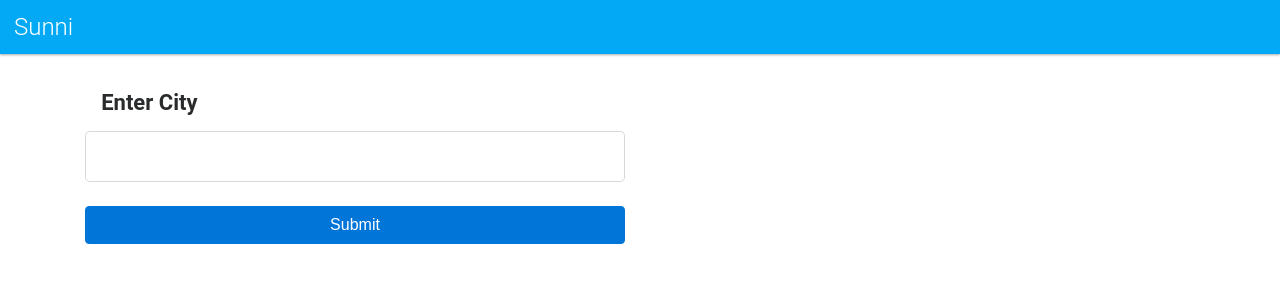
Repository: Oakga/Weather_app
Page: index.html
These files come from the project's save history. The page is drawn as it stood at one moment and after the next save; the edit follows.
The browser window is 1280 px wide. The pictures show the whole page.

Above is the page before, as saved 2017-09-22 05:28:04.

### index.html
<!DOCTYPE html>
<html>
<head>
    <meta charset="utf-8">
    <link rel="stylesheet" href="https://maxcdn.bootstrapcdn.com/bootstrap/4.0.0-alpha.6/css/bootstrap.min.css" integrity="sha384-rwoIResjU2yc3z8GV/NPeZWAv56rSmLldC3R/AZzGRnGxQQKnKkoFVhFQhNUwEyJ" crossorigin="anonymous">
    <!-- <link href='http://fonts.googleapis.com/css?family=Roboto:400,300,700' rel='stylesheet' type='text/css'> -->
    <link href="css/styles.css" rel="stylesheet" type="text/css">
    <script src="https://unpkg.com/axios/dist/axios.min.js"></script>
</head>
<body>
    <header>
        <h1>Sunni</h1>
    </header>
    <div class="container">
        <div class="row">
            <div class="col">
                <h2>Enter City</h2>
                <form id="location-form">
                    <input type="text" id="location-input" class="form-control form-control-lg "/>
                    <br>
                    <button type="submit" class="btn btn-primary btn-block">Submit</button>
                </form>
                <div id="formatted-address"></div>
                <div id="geometry-component"></div>
            </div>
            <div class="col">
            </div>
        </div>
    </div>
    <div class="container-fluid">
        <div id="weather-component"></div>
    </div>
    <script src="js/main.js"></script>
</body>
</html>

### css/styles.css
body {
    font-family: 'Roboto', 'Sans Serif';
    font-size: 16px;
    padding: 0;
    margin: 0;
}

header {
    background-color: #03A9F4;
    padding: 14px;
    box-shadow: 0 1px 3px rgba(0,0,0,0.12), 0 1px 2px rgba(0,0,0,0.24);
}

h1, h2, h3 {
    font-weight: 300;
}

header > h1 {
    font-weight: 300;
    font-size: 24px;
    margin: 0;
    color: #FFFFFF;
}

h2 {
    font-size: 22px;
    margin: 20px 0 0 0;
    padding: 3%;
    font-weight: bolder;
}

.table {
    border-radius: 5px;
    width: 50%;
    margin: 0px auto;
    float: none;
}

### js/main.js

let geoCode = (location) => {
    axios.get('https://maps.googleapis.com/maps/api/geocode/json',{
    params:{
        address: location,
        key: 'AIzaSyAkYBjwd7ygcP8GpAz47QsP3s3vaweLAE0'
    }
}).then(function(response){
    const formattedAddr = response.data.results[0].formatted_address;
    const formattedAddrOutput = `
            <ul class="list-group">
            <li class="list-group-item">
            ${formattedAddr}
            </li>
            </ul>
            `;
    let addressComponents = response.data.results[0].address_components;
    let lat = Math.round(response.data.results[0].geometry.location.lat*10000)/10000;
    let lng = Math.round(response.data.results[0].geometry.location.lng*10000)/10000;
    let geometryOutput = `
            <ul class="list-group">
            <li class="list-group-item">
            <strong>
            Latitude
            </strong>: ${lat}
            </li>
            <li class="list-group-item">
            <strong>
            Longitude
            </strong>: ${lng}
            </li>
            </ul>
            `;
    document.getElementById('formatted-address').innerHTML = formattedAddrOutput;
    document.getElementById('geometry-component').innerHTML = geometryOutput;

    darkSky(lat,lng);

})
.catch(function(error){
    const formattedAddrOutput = `
    <div class="alert alert-danger" role="alert">
    <strong>Unknown Location!</strong> Change a few things up and try submitting again.
    </div>
    `;
    document.getElementById('formatted-address').innerHTML = formattedAddrOutput;
})
};

let darkSky = (lat, lng, date = Date.now()) => {
    let apiCall = 'https://cors-anywhere.herokuapp.com/https://api.darksky.net/forecast/c84a2f187efcca194054935abae32b10/'+lat+','+lng;
    axios.get(apiCall,{
        params: {
            exclude: '[hourly,flags]',
            time: date
        }
    }).then(function(response){
        let weeklyReport = [];
        const months = ['Jan','Feb','Mar','Apr','May','Jun','Jul','Aug','Sep','Oct','Nov','Dec'];
        const days = ['Sun','Mon','Tue','Wed','Thur','Fri','Sat'];
        let year, month, day;
        const currentDate =  response.data.currently;
        const dailyDate = response.data.daily.data;
        for(let i=0;i<dailyDate.length;i++){
            var date = new Date(dailyDate[i].time*1000);
            year = date.getFullYear();
            month = months[date.getMonth()];
            day = days[date.getDay()];
            numDate = date.getDate();
            formattedTime = numDate + ' ' + month + ' ' + year;
            const dayReport = weeklyReport[i] = {
                Time: formattedTime,
                Humidity: dailyDate[i].humidity,
                Precipitation: dailyDate[i].precipProbability,
                Intensity: dailyDate[i].precipIntensity,
                Wind: dailyDate[i].windSpeed,
                MaxTemperature: dailyDate[i].temperatureMax,
                MinTemperature: dailyDate[i].temperatureMin,
            };
        };
        console.log(weeklyReport);
        let columnNames = ``;
        for ( property in weeklyReport[0] ) {
            columnNames += `
            <th>
            ${property}
            </th>
            `;
        };

        let itemRows = ``;
        let reportForTheDay;
        for(var i=0;i<weeklyReport.length;i++){
            reportForTheDay=weeklyReport[i];
            itemRows += `<tr>
            <th scope="row">${reportForTheDay.Time}</th>
            <td>${reportForTheDay.Humidity}</td>
            <td>${reportForTheDay.Precipitation}</td>
            <td>${reportForTheDay.Intensity}</td>
            <td>${reportForTheDay.Wind}</td>
            <td>${reportForTheDay.MaxTemperature}</td>
            <td>${reportForTheDay.MinTemperature}</td>
            </tr>`
        };

        let tableOutput = `
            <table class="table">
            <thead class="thead-inverse" id="table-index">
            ${columnNames}
            </thead>
            <tbody>
            ${itemRows}
            </tbody>
            </table>
        `;
        document.getElementById('weather-component').innerHTML = tableOutput;

    })
    .catch(function(error){
        console.log(error);
        const alert = `
        <div class="alert alert-danger" role="alert">
        <strong>Cannot find Weather information!</strong> Change a few things up and try submitting again.
        </div>
        `;
        document.getElementById('weather-component').insertAdjacentHTML("afterbegin",alert);
    })
    ;
}


document.getElementById('location-form').addEventListener('submit', function (e){
    e.preventDefault();
    let location = document.getElementById('location-input').value;
    geoCode(location);

});

After the next save:
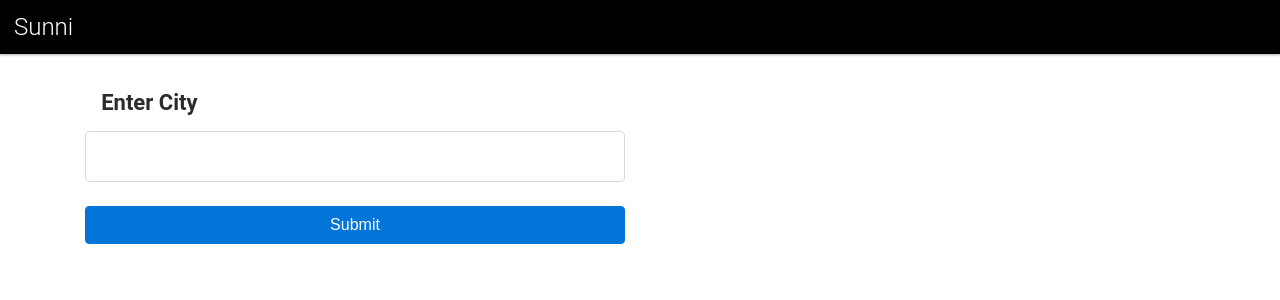
Saved 2 min 24 s later.
--- a/css/styles.css
+++ b/css/styles.css
@@ -6,7 +6,7 @@ body {
 }
 
 header {
-    background-color: #03A9F4;
+    background-color: #000000;
     padding: 14px;
     box-shadow: 0 1px 3px rgba(0,0,0,0.12), 0 1px 2px rgba(0,0,0,0.24);
 }
